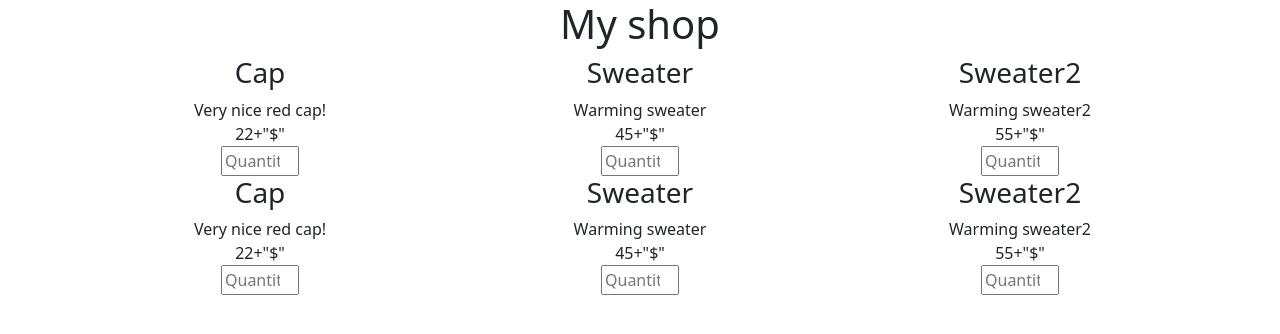
Repository: hana-task/react-task
Page: /
The author's editor kept a copy of each file at every save. The page is drawn from the files as they stood at one save, then again after the next save.
The browser window is 1280 px wide. The pictures show the whole page.
The project was rebuilt for these pictures with package versions that can differ from the ones it lists, and the page was loaded fresh each time.

Above is the page before, as saved 2021-11-02 12:16:48.

After the next save:
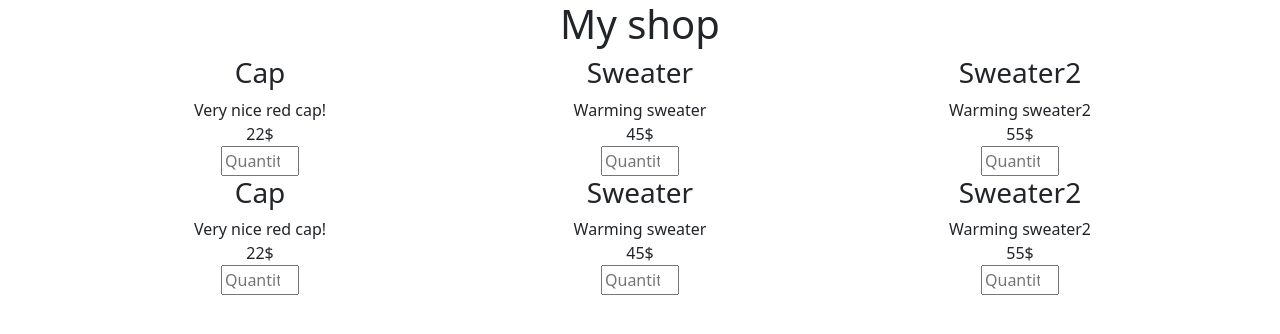
Saved 37 s later.
--- a/src/Shop.js
+++ b/src/Shop.js
@@ -58,7 +58,7 @@ class Shop extends React.Component {
                                 <image src={data.image} alt={data.name} />
                                 <h3>{data.name}</h3>
                                 <div className="desc">{data.description}</div>
-                                <div className="price">{data.price}+"$"</div>
+                                <div className="price">{data.price}$</div>
                                 <input placeholder="Quantity" type="number" id="quantity" name="quantity" min="1" max="5" />
                             </div>
                         );
